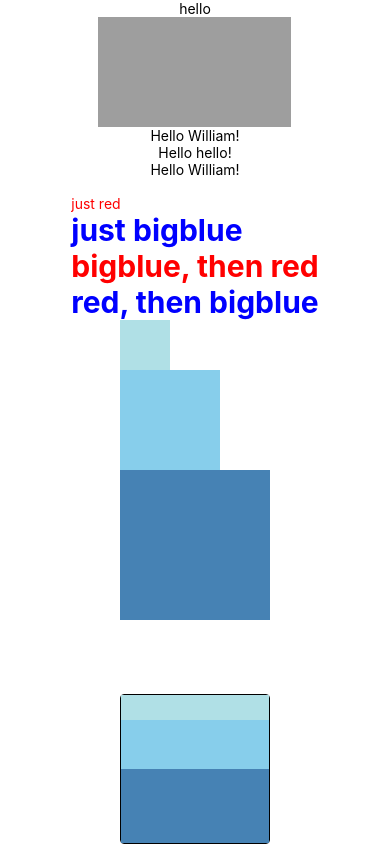
Repository: wcc17/project-adara
Screen: / (app in ProjectAdara/)
The author's editor kept a copy of each file at every save. The screen is drawn from the files as they stood at one save, then again after the next save.
Pictures or frames that could not be fetched are drawn as grey boxes. The app was drawn by React Native's web renderer in a window 390 px wide. The project was rebuilt for these pictures with package versions that can differ from the ones it lists, and the page was loaded fresh each time. Also part of the build but not shown: ProjectAdara/src/components/AlignItemsComponent.js.

Above is the screen before, as saved 2018-05-27 14:26:34.

After the next save:
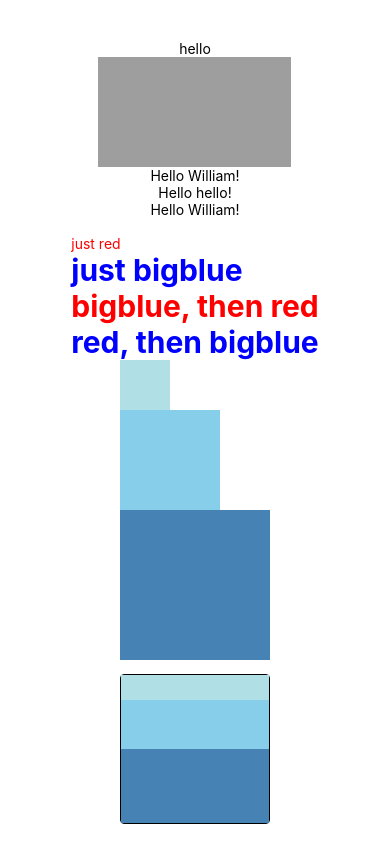
Saved 11 s later.
--- a/ProjectAdara/App.js
+++ b/ProjectAdara/App.js
@@ -99,6 +99,7 @@ const styles = StyleSheet.create({
         flex: 1,
         backgroundColor: '#fff',
         alignItems: 'center',
+        paddingVertical: 20,
         // justifyContent: 'center',
     },
     bigblue: {
